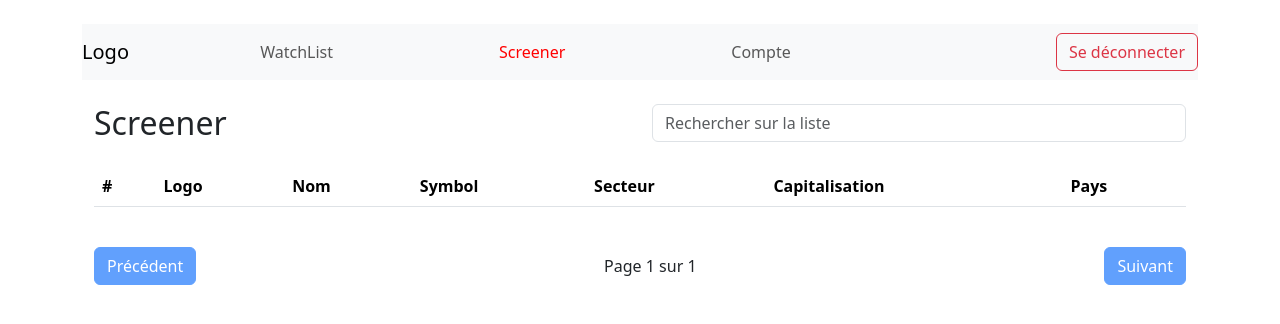
Repository: adamaadev/comeup
Page: /screener (app in client/)
The author's editor kept a copy of each file at every save. The page is drawn from the files as they stood at one save, then again after the next save.
The browser window is 1280 px wide. The pictures show the whole page.
The page's requests for data from a server got no answer. The project was rebuilt for these pictures with package versions that can differ from the ones it lists, and the page was loaded fresh each time. No one was signed in, and anything a server would have sent is missing. Also part of the build but not shown: client/src/pages/Auth/Forget.js, client/src/pages/Auth/Signin.js, client/src/pages/Home/Watchlist.js, client/src/pages/Home/Setting.js, client/src/pages/Home/Infos.js, client/src/pages/Home/Details.js, client/src/pages/Home/Dashboard.js, client/src/pages/Home/Abonnement.js and 3 more. Imported but missing from the stored project, and not drawn on this page: client/src/pages/Auth/Signup.

Above is the page before, as saved 2024-07-18 13:21:33.

After the next save:
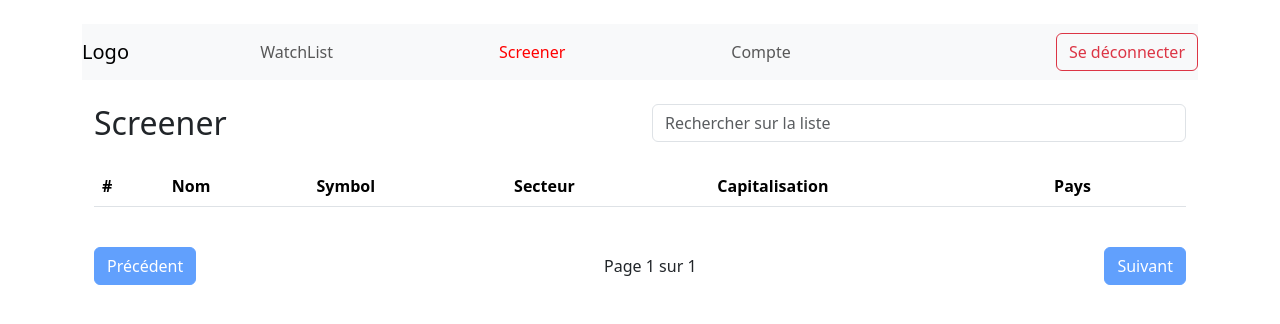
Saved 6 h 15 min later.
--- a/client/src/pages/Home/Screener.js
+++ b/client/src/pages/Home/Screener.js
@@ -87,7 +87,6 @@
           <thead className="thead-dark">
             <tr>
               <th>#</th>
-              <th>Logo</th>
               <th>Nom</th>
               <th>Symbol</th>
               <th>Secteur</th>

After the save that followed:
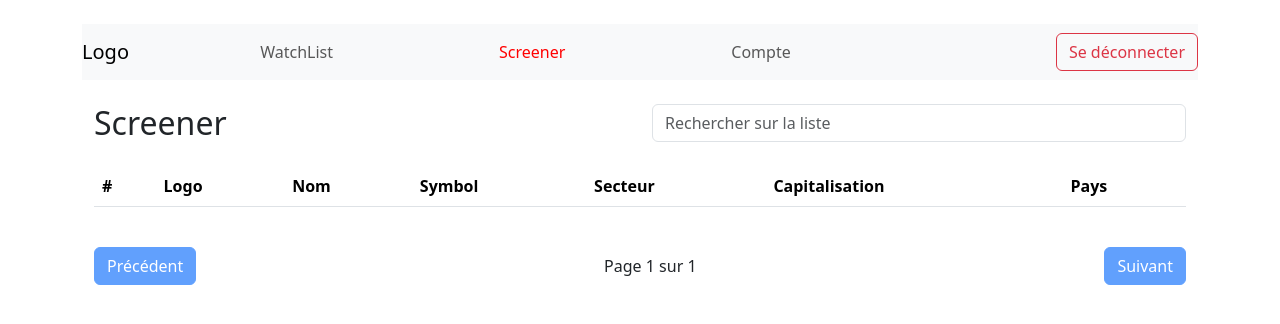
Saved 7 s later.
--- a/client/src/pages/Home/Screener.js
+++ b/client/src/pages/Home/Screener.js
@@ -87,6 +87,7 @@
           <thead className="thead-dark">
             <tr>
               <th>#</th>
+              <th>Logo</th>
               <th>Nom</th>
               <th>Symbol</th>
               <th>Secteur</th>
